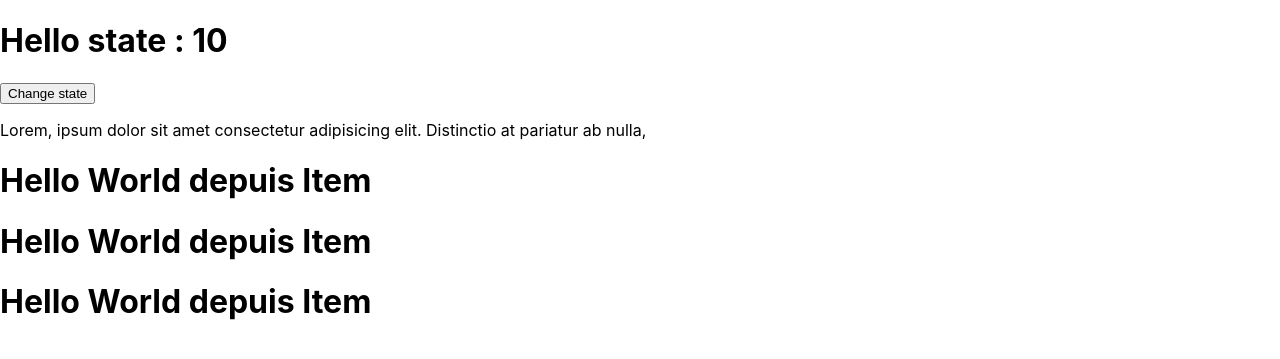
Repository: Michelhof1978/react
Page: / (app in application-react/)
The author's editor kept a copy of each file at every save. The page is drawn from the files as they stood at one save, then again after the next save.
The browser window is 1280 px wide. The pictures show the whole page.
The project was rebuilt for these pictures with package versions that can differ from the ones it lists, and the page was loaded fresh each time.

Above is the page before, as saved 2023-05-14 09:05:11.

### application-react/src/index.js
//Ce fichier sert à retourner notre application dans la div root de index.html

import React from 'react';
import ReactDOM from 'react-dom/client';
import './index.css';
import App from './App';
import reportWebVitals from './reportWebVitals';

const root = ReactDOM.createRoot(document.getElementById('root'));
root.render(
  <React.StrictMode>
    <App />
  </React.StrictMode>
);


reportWebVitals();

### application-react/src/App.js
//COMPOSANT
//Le state sont les données des composants
//Pas besoins d importer React seul, on import uniquement les méthode utilisés comme useSatte par exemple
import Item from './Item'
import {useState} from 'react'//On importe useState de la librairie react pour pourvoir stocker et utiliser  des données

function App() {//Cette fonction est un composant

  // console.log(useState());
// --------------------
  const [monState, setMonState] = useState(10);//setMonState , c'est ce qui est retourné de useState dont la valeur de 10/ On appelle cela du destructuring, ici on crée une constante entre crochets à partir de ce que retourne useState en tableau monState à l index 0 et setMonState à l'index 1, à noter que les 2 index du tableau, on peut les nommer comme on veut, juste mettre set pour indiquer un changement ou une mise en place
    // console.log(monState);
    //Si on mets entre la parenthèses monState, il retournera 10 mais si on mets setMonState, il retournera une fonction
    // Ce code utilise React pour créer une variable d'état (state) appelée "monState" avec une valeur initiale de 10.
    //  La fonction `useState` est une fonction de crochet (hook) fournie par React qui permet de gérer l'état dans
    //  les composants fonctionnels. Lorsque vous appelez `useState(10)`, la fonction `useState` retourne un tableau
    //  avec deux éléments. Le premier élément, "monState", est la variable qui représente l'état et qui contient la
    //   valeur actuelle. Le deuxième élément, "setMonState", est une fonction qui permet de mettre à jour la valeur
    //   de l'état.En utilisant la syntaxe de décomposition (destructuring) de JavaScript, la première ligne extrait
    //    les deux éléments du tableau retourné par `useState` et les assigne aux variables correspondantes.
    // Ensuite, la ligne suivante affiche la fonction `setMonState` dans la console. Cette fonction est utilisée pour
    // modifier la valeur de "monState" ultérieurement.En résumé, ce code initialise une variable d'état "monState"
    //  avec une valeur de départ de 10 et extrait la fonction "setMonState" qui permet de mettre à jour cette valeur.
    //   La ligne suivante affiche cette fonction dans la console.
// ----------------------
    const modifyState = () => {  //On crée la fonction pour l'événement oneClick du bouton ci dessous
      setMonState(20);//Permet de modifier le contenu, en modifiant la valeur à 20 au lieu de 10
    }//Le composant va se mettre à jour lors du clic et passera de 10 à 20

    return (
     <div className="App">  {/* Ce n est pas du html mais du jsx, ici on ne mets pas class mais className pour du jsx*/}
      <h1>Hello state : {monState} </h1> {/*on affiche les données du state ds le conposant App*/}
      <button onClick={modifyState}>Change state</button> {/*On ajoute un événement au bouton, par contre en jsx, on rajoute on suivi de la majuscule, entre les accolades, on attents une fonction ici modifyState */}

     <p>Lorem, ipsum dolor sit amet consectetur adipisicing elit. Distinctio at pariatur ab nulla, </p>

      <Item txt={"Hello word depuis Item"} />  {/*On récupére le composant Item de Item.js */}
      <Item number={monState} />{/*On peut nommer les Items comme on veut*/}
      <Item txt={"Hello word Italie"} />{/*On peut afficher plusieurs messages avec le même composant*/}

    </div>
  );

  //AUTRE FACON DE FAIRE LE CODE CI DESSUS MAIS BEAUCOUP MOINS COMPREHENSIBLE CE N EST PAS DU JSX MAIS DU JS
  // return React.createElement(
  //   'div',
  //   {className: 'App'},
  //   React.createElement('h1', null,
  //   'Hello')
  // )
}

export default App;

### application-react/src/Item.js
//Creation d un composant, lors de la création du fichier, on mets une majuscule au debut du nom de fichier par convention
function Item(){
    return <h1>Hello World depuis Item</h1>//Pas besoins de mettre des paranthèses pour return quand il y a qu'un seul élément

}

export default Item; //Toujours exporter le composant et on va par la suite l importer ds App.js

Loaded but not shown: application-react/public/index.html (common file); application-react/src/index.css (common file); application-react/src/reportWebVitals.js (common file)

After the next save:
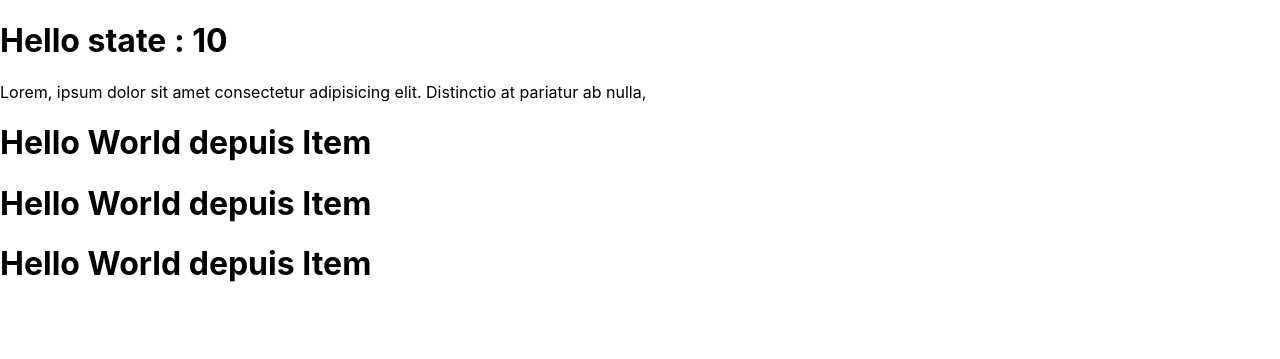
Saved 6 min 11 s later.
--- a/application-react/src/App.js
+++ b/application-react/src/App.js
@@ -30,7 +30,7 @@
     return (
      <div className="App">  {/* Ce n est pas du html mais du jsx, ici on ne mets pas class mais className pour du jsx*/}
       <h1>Hello state : {monState} </h1> {/*on affiche les données du state ds le conposant App*/}
-      <button onClick={modifyState}>Change state</button> {/*On ajoute un événement au bouton, par contre en jsx, on rajoute on suivi de la majuscule, entre les accolades, on attents une fonction ici modifyState */}
+       {/*On ajoute un événement au bouton, par contre en jsx, on rajoute on suivi de la majuscule, entre les accolades, on attents une fonction ici modifyState */}
 
      <p>Lorem, ipsum dolor sit amet consectetur adipisicing elit. Distinctio at pariatur ab nulla, </p>
 

After the save that followed:
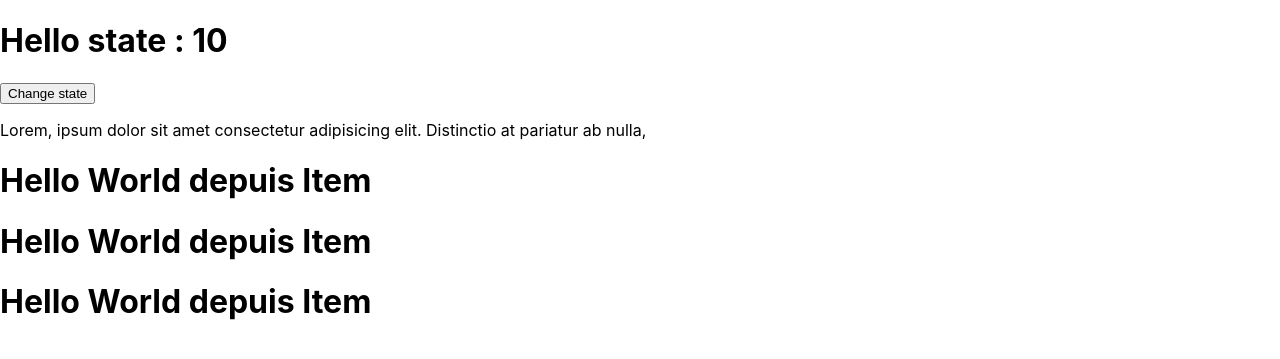
Saved 45 s later.
--- a/application-react/src/App.js
+++ b/application-react/src/App.js
@@ -30,7 +30,7 @@
     return (
      <div className="App">  {/* Ce n est pas du html mais du jsx, ici on ne mets pas class mais className pour du jsx*/}
       <h1>Hello state : {monState} </h1> {/*on affiche les données du state ds le conposant App*/}
-       {/*On ajoute un événement au bouton, par contre en jsx, on rajoute on suivi de la majuscule, entre les accolades, on attents une fonction ici modifyState */}
+      <button onClick={modifyState}>Change state</button> {/*On ajoute un événement au bouton, par contre en jsx, on rajoute on suivi de la majuscule, entre les accolades, on attents une fonction ici modifyState */}
 
      <p>Lorem, ipsum dolor sit amet consectetur adipisicing elit. Distinctio at pariatur ab nulla, </p>
 
